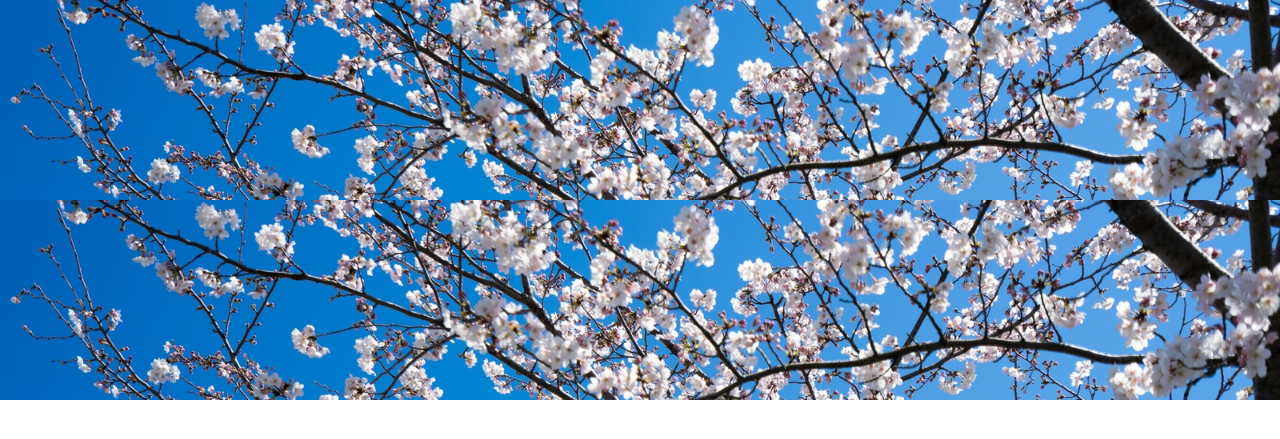
Repository: atsuyan-i/git-practice2
Page: chapter/chapter6.html
The author's editor kept a record of every edit. The page is drawn from the files as they stood at one moment, then again after the next edit.
The browser window is 1280 px wide. The pictures show the whole page.

Above is the page before.

### chapter/chapter6.html
<!DOCTYPE html>
<html lang="ja">
  <head>
    <meta charset="UTF-8" />
    <link rel="stylesheet" href="chapter6.css" />
  </head>
  <body>
    <div class="box1"></div>
    <div class="box2"></div>
    <div class="box3"></div>
    <div class="box4"></div>
  </body>

### chapter/chapter6.css
* {
  margin: 0;
  padding: 0;
  box-sizing: border-box;
}

.box1 {
  height: 200px;
  background-image: url(img/box1.jpg);
  background-size: contain;
  background-size: cover;
}

.box1 {
  height: 200px;
  background-image: url(img/box1.jpg);
  background-size: contain;
  background-size: cover;
}

.box1 {
  height: 200px;
  background-image: url(img/box1.jpg);
  background-size: contain;
  background-size: cover;
}

.box4 {
  height: 200px;
  background-image: url(img/box1.jpg);
  background-size: contain;
  background-size: cover;
}

After the next edit:
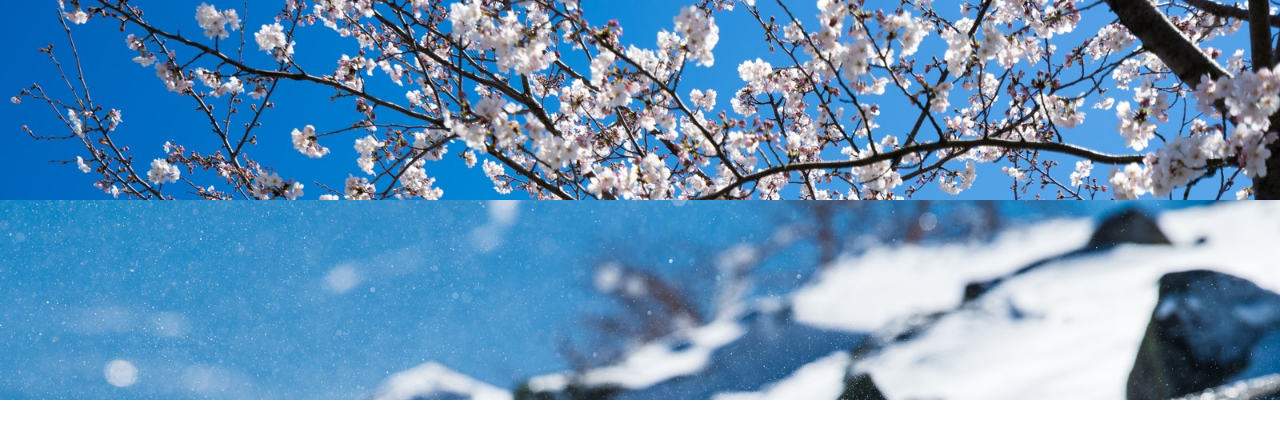
The edit:
--- a/chapter/chapter6.css
+++ b/chapter/chapter6.css
@@ -27,7 +27,7 @@
 
 .box4 {
   height: 200px;
-  background-image: url(img/box1.jpg);
+  background-image: url(img/box4.jpg);
   background-size: contain;
   background-size: cover;
 }
